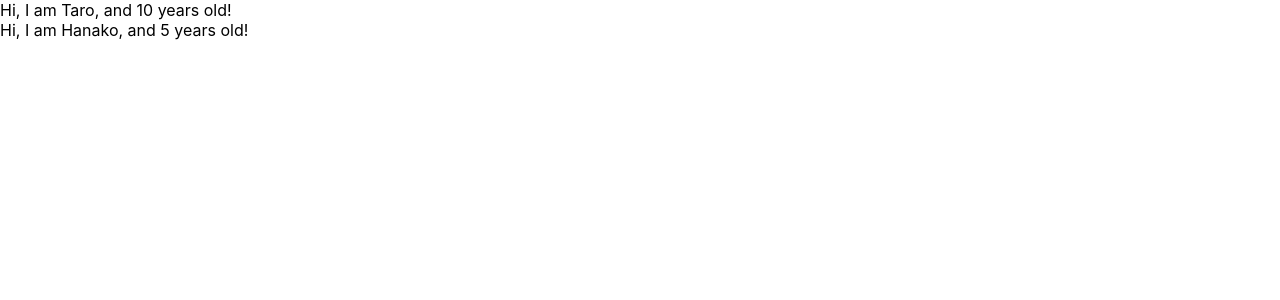
Repository: MIta-Live/udemy-react-redux-crud-application
Page: /
The author's editor kept a copy of each file at every save. The page is drawn from the files as they stood at one save, then again after a run of saves.
The browser window is 1280 px wide. The pictures show the whole page.
The project was rebuilt for these pictures with package versions that can differ from the ones it lists, and the page was loaded fresh each time.

Above is the page before, as saved 2021-04-21 17:29:02.

### src/App.js

/* class App extends Component {
  render () {
    return (
    <React.Fragment>
      <label htmlFor="bar">bar</label>
      <input type="text" onClick={() => { console.log("I am clicked") }} />
    </React.Fragment>
    )
  }
} */

const App = () => {
  const profiles = [
    { name: "Taro", age: 10 },
    { name: "Hanako", age: 5 }
  ]
  return (
    <div>
      {
        profiles.map((profile, index) => {
          return <User name={profile.name} age={profile.age} key={index}/>
        })
      }
  </div>
  )
}

const User = (props) => {
  return <div>Hi, I am {props.name}, and {props.age} years old! </div>
}


User.defaultProps = {
  age: 1
}

export default App;

Loaded but not shown: public/index.html (common file); src/index.js (common file); src/index.css (common file); src/reportWebVitals.js (common file)

After the next 10 saves:
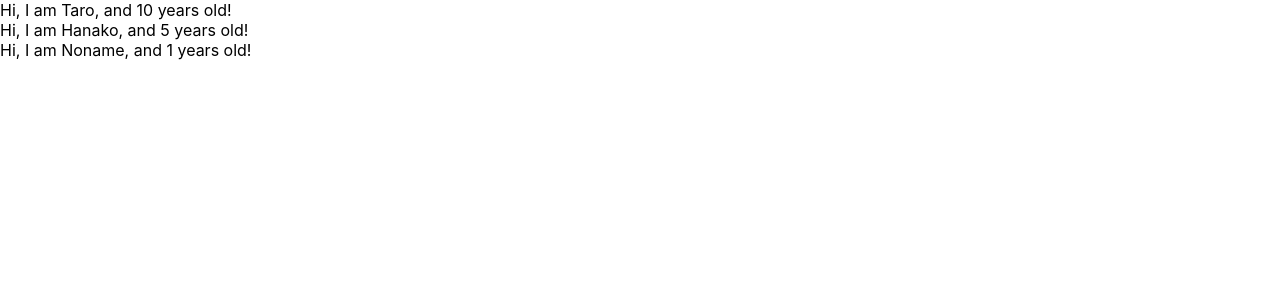
The 10 saves are shown as one change because 3 did not build or start and some came seconds apart.
The last was saved 58 s later.
--- a/src/App.js
+++ b/src/App.js
@@ -13,7 +13,8 @@
 const App = () => {
   const profiles = [
     { name: "Taro", age: 10 },
-    { name: "Hanako", age: 5 }
+    { name: "Hanako", age: 5 },
+    { name: "Noname" }
   ]
   return (
     <div>
